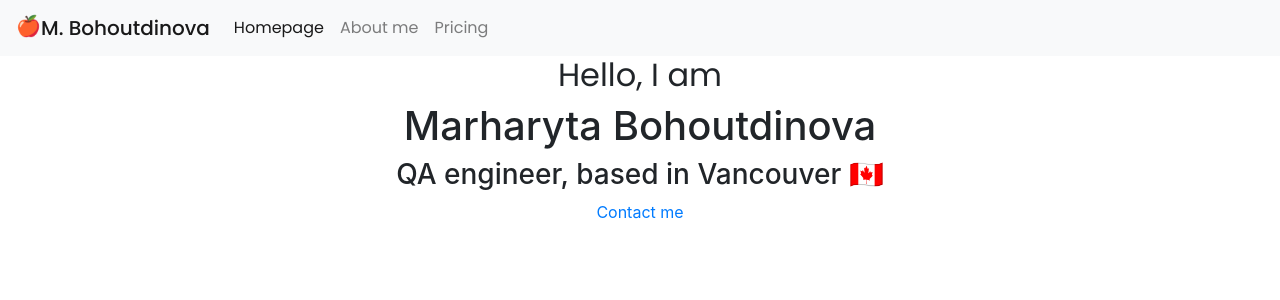
Repository: Bohoutdinova/Portfolio_week-4
Page: index.html
The author's editor kept a copy of each file at every save. The page is drawn from the files as they stood at one save, then again after the next save.
The browser window is 1280 px wide. The pictures show the whole page.

Above is the page before, as saved 2022-08-10 18:04:56.

After the next save:
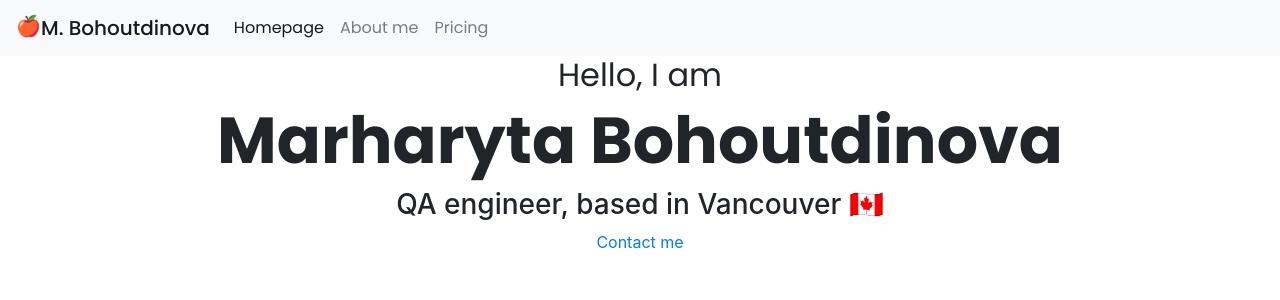
Saved 11 s later.
--- a/src/style.css
+++ b/src/style.css
@@ -1,6 +1,5 @@
 :root {
   --main-family-font: "Poppins", sans-serif;
-  --second-family-font: "Abril Fatface", cursive;
 }
 
 .navbar-brand {
@@ -31,10 +30,10 @@
   font-weight: 400;
 }
 h1 {
-  font-family: var(--second-family-font;
+  font-family: var(--main-family-font);
   font-weight: 700;
   font-size: 65px;
 }
 h3 {
-  font-family: var(--second-family-font);
+  font-family: var(--sec);
 }
